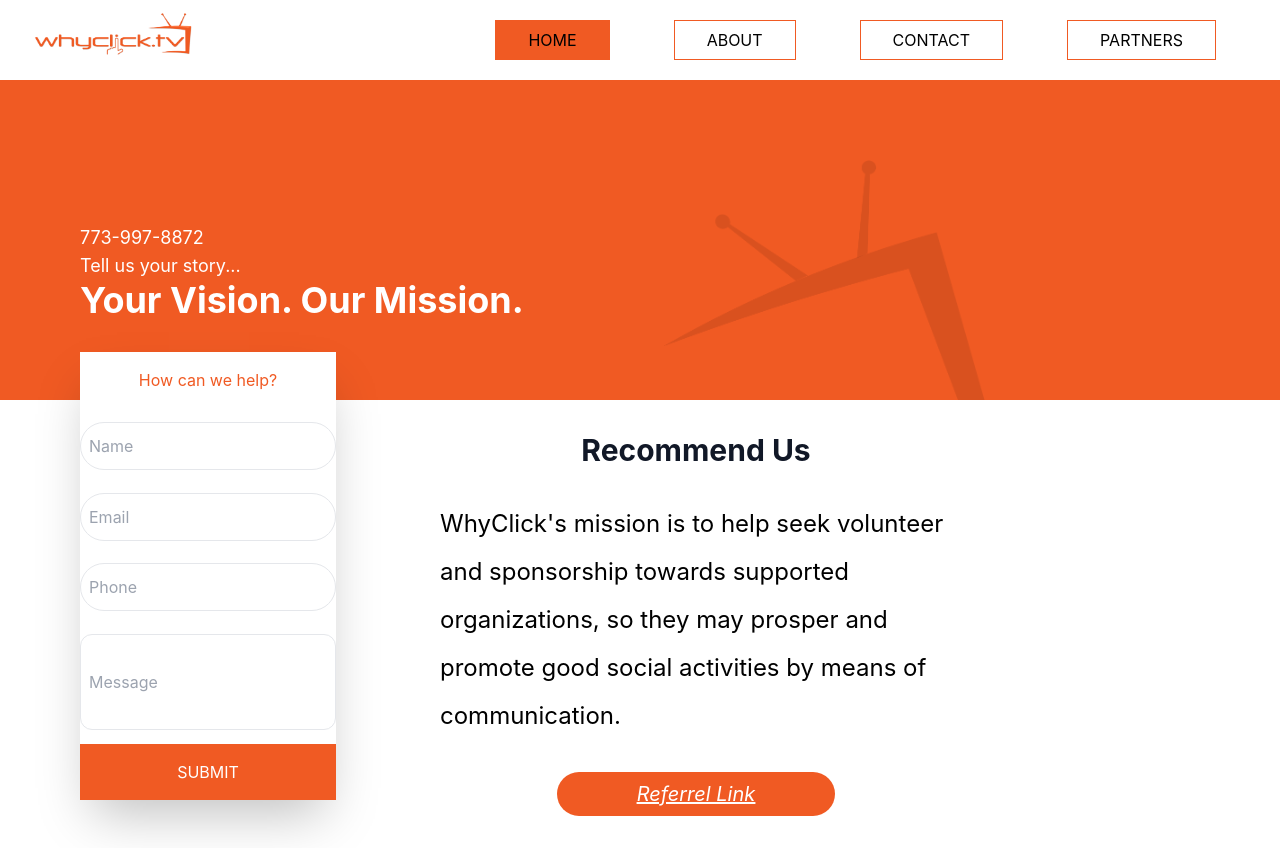
Repository: legenddev1202/whyclicktv
Page: /
An editor plug-in stored every save of this project. The page is shown before and after the next save, followed by the edit.
The browser window is 1280 px wide. The pictures show the whole page.
The project was rebuilt for these pictures with package versions that can differ from the ones it lists, and the page was loaded fresh each time. Also part of the build but not shown: src/App.css, src/pages/about.js, src/pages/contact.js, src/pages/partners.js, src/pages/referral.js.

Above is the page before, as saved 2022-03-31 11:55:34.

After the next save:
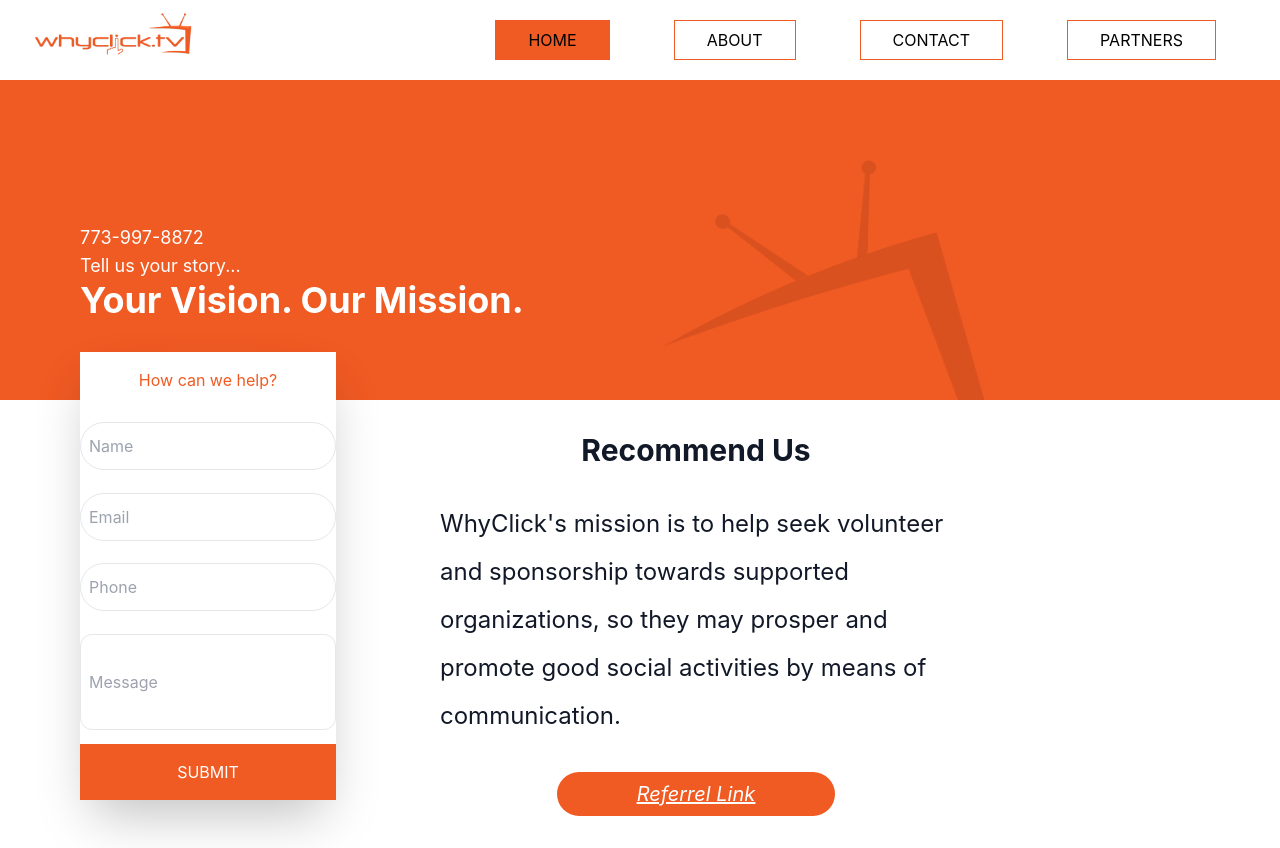
Saved 10 s later.
--- a/src/pages/home.js
+++ b/src/pages/home.js
@@ -60,7 +60,7 @@
       </div>
       <div className="w-full h-full p-8 pl-36 flex flex-col items-center justify-center relative">
         <div className="text-3xl font-bold text-gray-900">Recommend Us</div>
-        <div className="text-2xl max-w-lg pt-8 leading-loose">
+        <div className="text-2xl max-w-lg pt-8 leading-loose text-gray-900">
           WhyClick's mission is to help seek volunteer and sponsorship towards
           supported organizations, so they may prosper and promote good social
           activities by means of communication.
